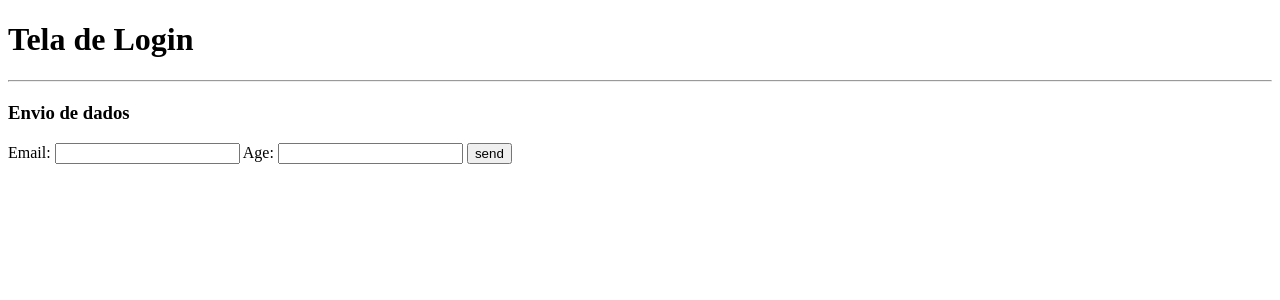
Repository: MarcioFreitasUFSC21/FrontEnd-part-1
Page: index.html
The author's editor kept a copy of each file at every save. The page is drawn from the files as they stood at one save, then again after a run of saves.
The browser window is 1280 px wide. The pictures show the whole page.

Above is the page before, as saved 2023-04-22 19:16:54.

### index.html
<!DOCTYPE html>
<html lang="pt-br>
<head>
    <meta charset="UTF-8">
    <meta http-equiv="X-UA-Compatible" content="IE=edge">
    <meta name="viewport" content="width=device-width, initial-scale=1.0">
    <title>Controle Gastos</title>
</head>
<body>
    <h1> Tela de Login </h1>
    <hr>
    <form>
        <div>
            <h2>
                <h3> Envio de dados</h3>
                <label type = "email"> Email: </label> <input type = "text" ></input>
                <label type = "Name"> Age: </label> <input type = "number" ></input>
                <button type = "submit" action = "save"> send</button>
            </h2>
        </div>
    </form>
</body>
</html>

After the next 2 saves:
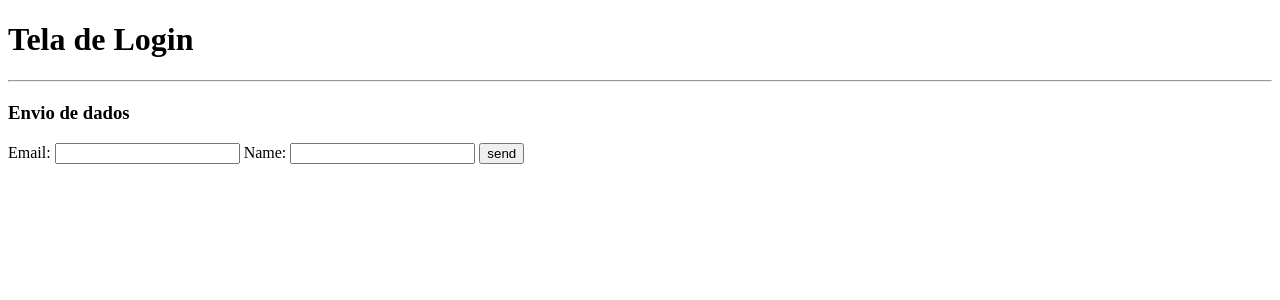
The 2 saves are shown as one change because they came seconds apart.
The last was saved 13 s later.
--- a/index.html
+++ b/index.html
@@ -14,7 +14,7 @@
             <h2>
                 <h3> Envio de dados</h3>
                 <label type = "email"> Email: </label> <input type = "text" ></input>
-                <label type = "Name"> Age: </label> <input type = "number" ></input>
+                <label type = "Name"> Name: </label> <input type = "number" ></input>
                 <button type = "submit" action = "save"> send</button>
             </h2>
         </div>
